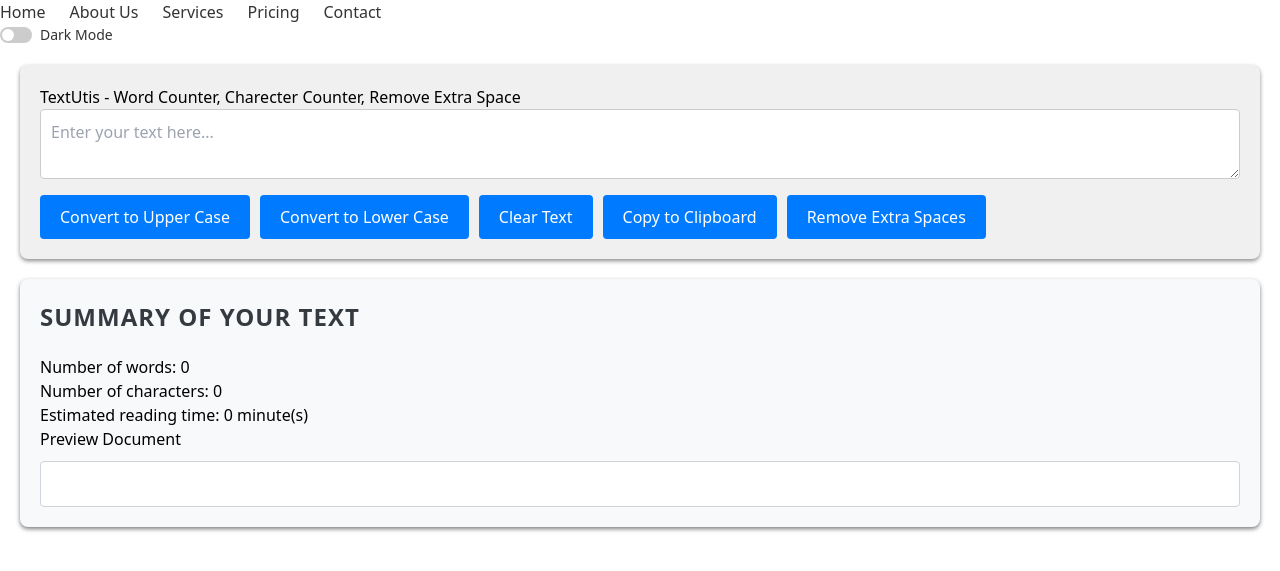
Repository: sriram1224/Text-converter
Page: /
These files come from the project's save history. The page is drawn as it stood at one moment and after the next save; the edit follows.
The browser window is 1280 px wide. The pictures show the whole page.
The project was rebuilt for these pictures with package versions that can differ from the ones it lists, and the page was loaded fresh each time. Also part of the build but not shown: src/App.css.

Above is the page before, as saved 2024-03-27 02:06:44.

After the next save:
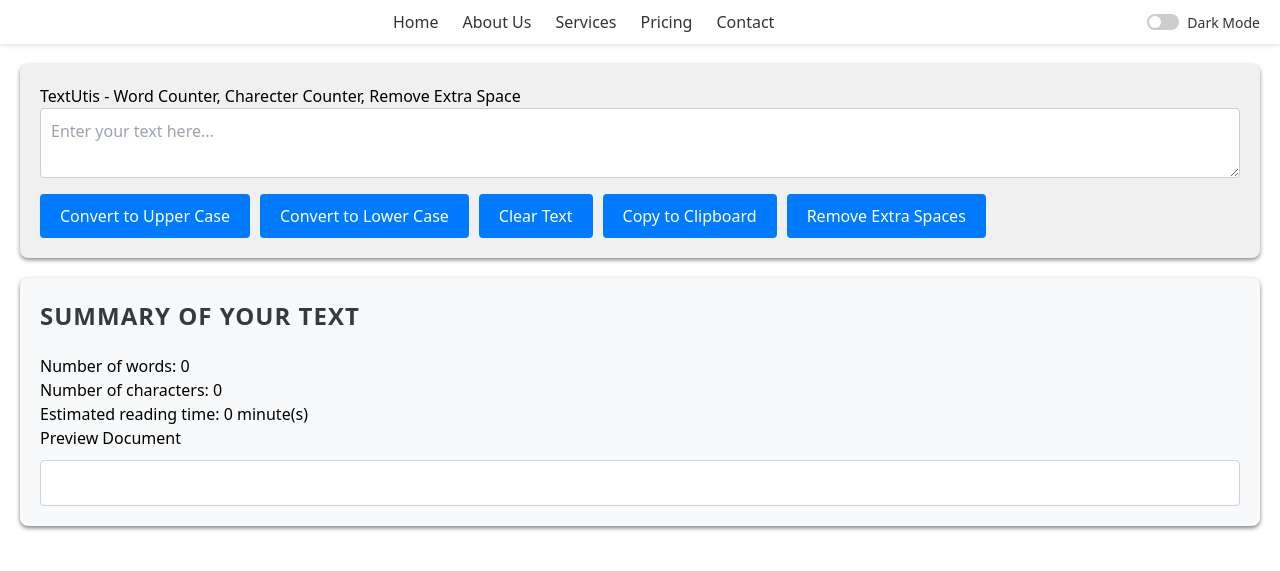
Saved 32 s later.
--- a/src/Navbar.css
+++ b/src/Navbar.css
@@ -2,6 +2,11 @@
 .navbar-container.light {
     background-color: #fff;
     color: #333;
+    padding: 10px 20px;
+    display: flex;
+    justify-content: space-between;
+    align-items: center;
+    box-shadow: 0 2px 4px rgba(0, 0, 0, 0.1);
 }
 
 /* Dark mode styles */
